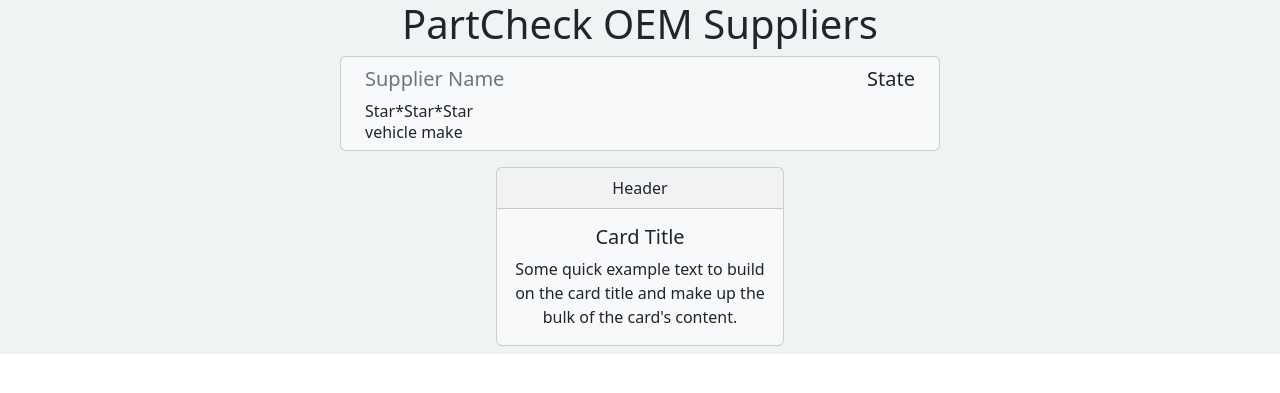
Repository: trungna4699/coding_challenge
Page: /
The author's editor kept a copy of each file at every save. The page is drawn from the files as they stood at one save, then again after the next save.
The browser window is 1280 px wide. The pictures show the whole page.
The project was rebuilt for these pictures with package versions that can differ from the ones it lists, and the page was loaded fresh each time.

Above is the page before, as saved 2022-09-01 16:41:25.

### src/index.css
body {
  margin: 0;
  background-color: #F0F3F4;
  font-family: -apple-system, BlinkMacSystemFont, 'Segoe UI', 'Roboto', 'Oxygen',
    'Ubuntu', 'Cantarell', 'Fira Sans', 'Droid Sans', 'Helvetica Neue',
    sans-serif;
  -webkit-font-smoothing: antialiased;
  -moz-osx-font-smoothing: grayscale;
}

code {
  font-family: source-code-pro, Menlo, Monaco, Consolas, 'Courier New',
    monospace;
}

### src/App.js
import './App.css';
import 'bootstrap/dist/css/bootstrap.min.css';

import Card from 'react-bootstrap/Card';
import Col from 'react-bootstrap/Col';
import Row from 'react-bootstrap/Row';

function App() {
  return (
    <div className="App">
      <h1>PartCheck OEM Suppliers</h1>

      <div className='listContainer'>
        <Card
          bg={"light"}
          // text={"dark"}
          style={{ width: '600px' }}
          className="mb-3"
        >
          <div className="supplierItems">
            <div className='supplierInfo'>
              <h5 className='text-secondary ms-4'>Supplier Name</h5>
              <h5 className='me-4'>State</h5>
            </div>

            <div className="ms-4" id="ratingStar">
              Star*Star*Star
            </div>
            <div className="ms-4" id="vehicleList">
              <h6>vehicle make</h6>
            </div>
          </div>
        </Card>

        <Card
          bg={"light"}
          // key={variant}
          text={"dark"}
          style={{ width: '18rem' }}
          className="mb-2"
        >
          <Card.Header>Header</Card.Header>
          <Card.Body>
            <Card.Title>Card Title </Card.Title>
            <Card.Text>
              Some quick example text to build on the card title and make up the
              bulk of the card's content.
            </Card.Text>
          </Card.Body>
        </Card>

      </div>


    </div>
  );
}

export default App;

### src/App.css
.App {
  background-color: #F0F3F4;
  text-align: center;
}

.listContainer {
  display: flex;
  flex-direction: column;
  align-items: center;
}

.supplierInfo {
  display: flex;
  justify-content: space-between;
  margin-top: 10px;
}

#ratingStar {
  display: flex;
}

#vehicleList {
  display: flex;
}



/* Default Settings */
.App-logo {
  height: 40vmin;
  pointer-events: none;
}

@media (prefers-reduced-motion: no-preference) {
  .App-logo {
    animation: App-logo-spin infinite 20s linear;
  }
}

.App-header {
  background-color: #282c34;
  min-height: 100vh;
  display: flex;
  flex-direction: column;
  align-items: center;
  justify-content: center;
  font-size: calc(10px + 2vmin);
  color: white;
}

.App-link {
  color: #61dafb;
}

@keyframes App-logo-spin {
  from {
    transform: rotate(0deg);
  }
  to {
    transform: rotate(360deg);
  }
}

Loaded but not shown: public/index.html (common file); src/index.js (common file); src/reportWebVitals.js (common file)

After the next save:
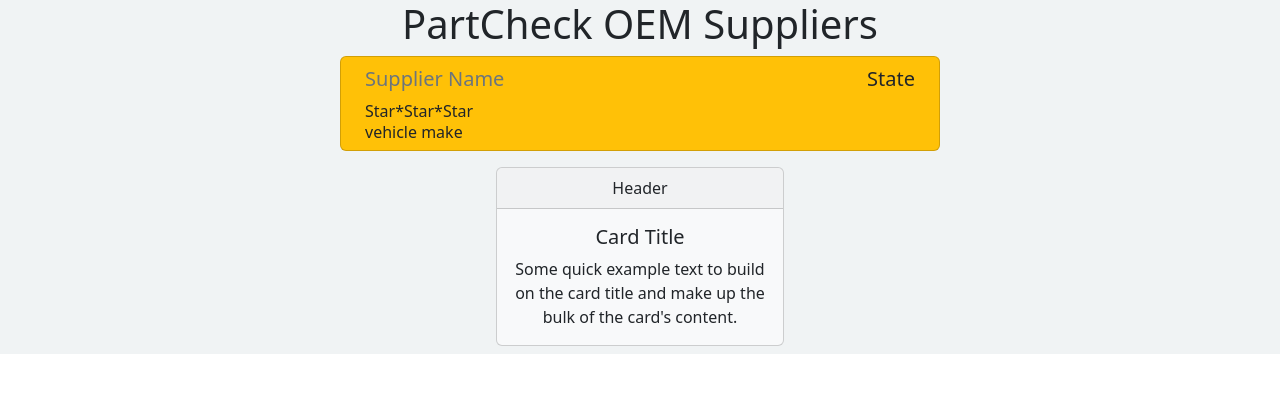
Saved 17 s later.
--- a/src/App.js
+++ b/src/App.js
@@ -12,8 +12,7 @@
 
       <div className='listContainer'>
         <Card
-          bg={"light"}
-          // text={"dark"}
+          bg={"warning"}
           style={{ width: '600px' }}
           className="mb-3"
         >

After the save that followed:
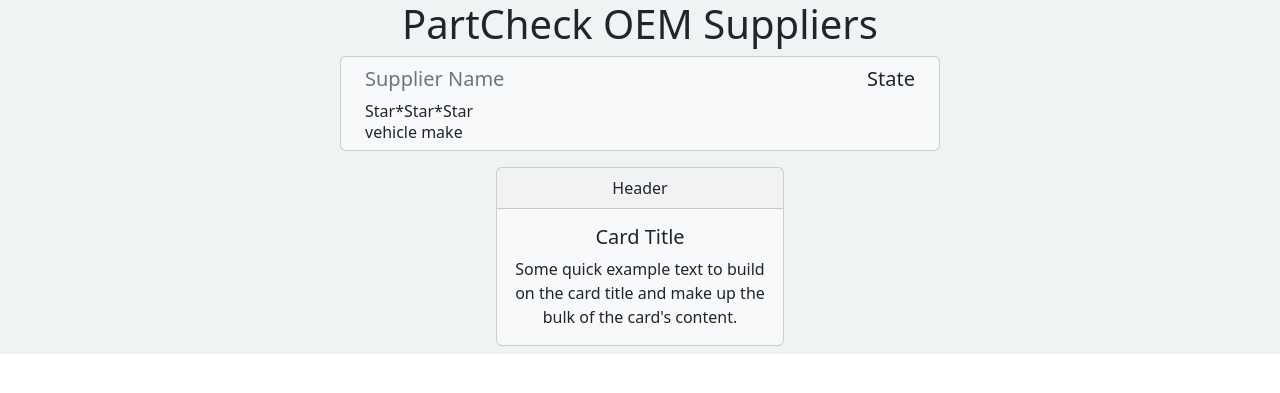
Saved 8 s later.
--- a/src/App.js
+++ b/src/App.js
@@ -12,7 +12,7 @@
 
       <div className='listContainer'>
         <Card
-          bg={"warning"}
+          bg={"light"}
           style={{ width: '600px' }}
           className="mb-3"
         >
